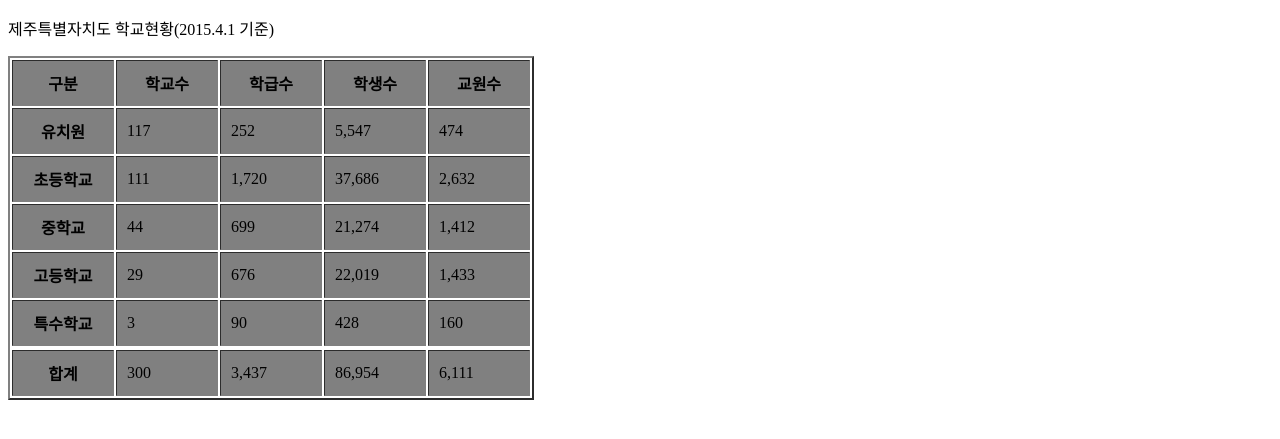
Repository: seulhwangbo/SeulJSP
Page: jspSrc17/webStandard01/src/main/webapp/02/table06.html
An editor plug-in stored every save of this project. The page is shown before and after the next save, followed by the edit.
The browser window is 1280 px wide. The pictures show the whole page.

Above is the page before, as saved 2024-06-13 06:49:23.

### jspSrc17/webStandard01/src/main/webapp/02/table06.html
<!DOCTYPE html>
<html>
<head>
<meta charset="UTF-8">
<style type="text/css">
td, th {
	padding: 10px;
	width: 80px;
}

td {
	text-decoration: strong;
	padding: 10px;
}

thead,tbody {
	background-color: gray;
}
</style>
<title>Insert title here</title>
</head>
<body>
	<caption>
		<p>제주특별자치도 학교현황(2015.4.1 기준)</p>
	</caption>
	<table border="2">
		<thead>
			<tr>
				<th>구분</th>
				<th>학교수</th>
				<th>학급수</th>
				<th>학생수</th>
				<th>교원수</th>
			</tr>
		</thead>
		<tr>
			<th>유치원</th>
			<td>117</td>
			<td>252</td>
			<td>5,547</td>
			<td>474</td>
		</tr>
		<tr>
			<th>초등학교</th>
			<td>111</td>
			<td>1,720</td>
			<td>37,686</td>
			<td>2,632</td>
		</tr>
		<tr>
			<th>중학교</th>
			<td>44</td>
			<td>699</td>
			<td>21,274</td>
			<td>1,412</td>
		</tr>
		<tr>
			<th>고등학교</th>
			<td>29</td>
			<td>676</td>
			<td>22,019</td>
			<td>1,433</td>
		</tr>
		<tr>
			<th>특수학교</th>
			<td>3</td>
			<td>90</td>
			<td>428</td>
			<td>160</td>
		</tr>
		<tr>
		<tbody>
			<th>합계</th>
			<td>300</td>
			<td>3,437</td>
			<td>86,954</td>
			<td>6,111</td>
		</tbody>
		</tr>
	</table>
</body>
</html>

After the next save:
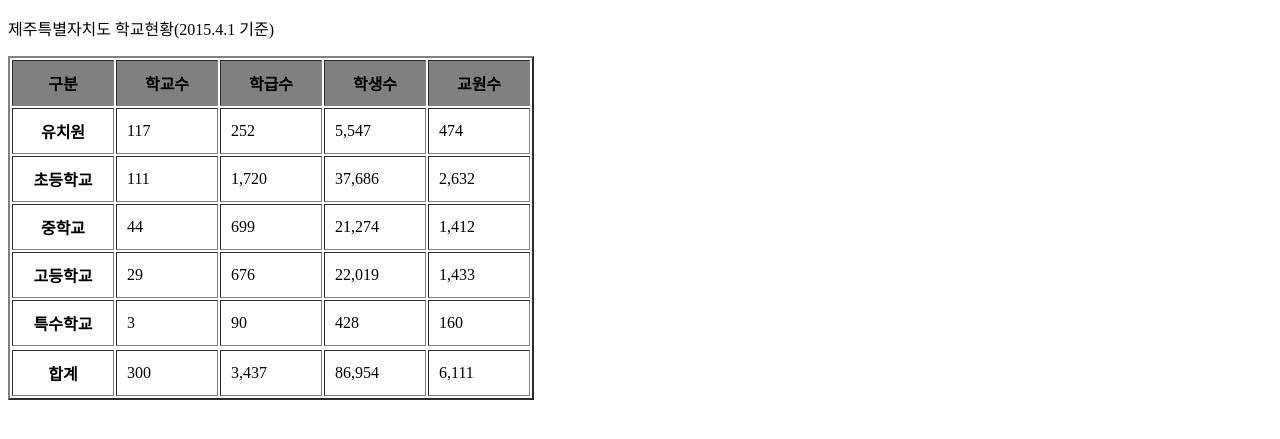
Saved 14 s later.
--- a/jspSrc17/webStandard01/src/main/webapp/02/table06.html
+++ b/jspSrc17/webStandard01/src/main/webapp/02/table06.html
@@ -13,7 +13,7 @@ td {
 	padding: 10px;
 }
 
-thead,tbody {
+thead {
 	background-color: gray;
 }
 </style>
